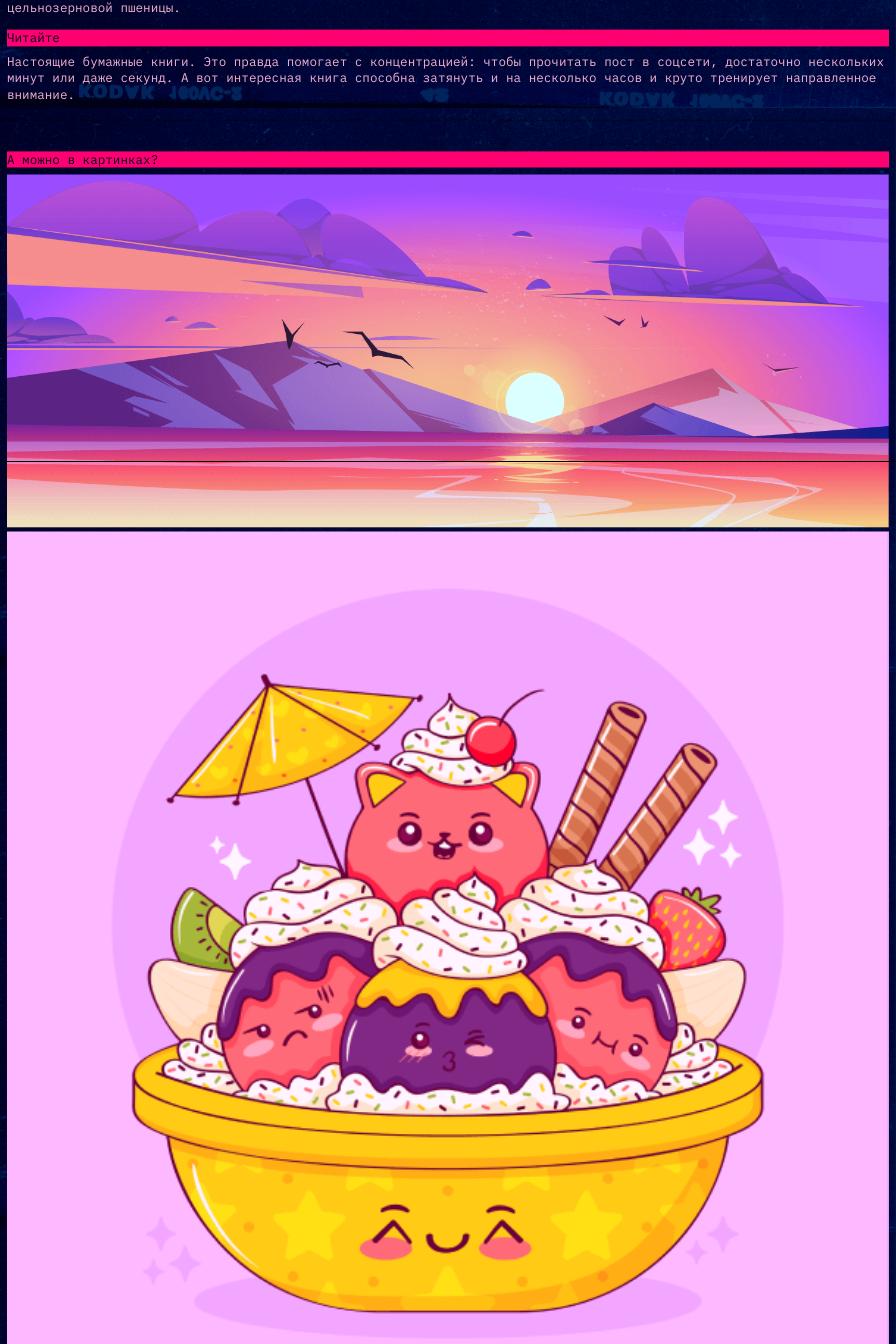
Repository: NikWolf75/slozhno-sosredotochitsya-fd
Page: index.html
The author's editor kept a copy of each file at every save. The page is drawn from the files as they stood at one save, then again after the next save.
The browser window is 1280 px wide. The pictures show the part of the page from y = 2245 to 4165 px (the page is 7978 px tall before and 3822 px after), at 70% of full size.
Backgrounds fixed to the window are drawn as part of the page.

Above is the page before, as saved 2025-02-27 11:53:03.

### index.html
<!DOCTYPE html>
<html lang="ru">
  <head>
    <meta charset="UTF-8" />
    <meta http-equiv="X-UA-Compatible" content="IE=edge" />
    <meta name="viewport" content="width=device-width, initial-scale=1.0" />
    <meta name="color-scheme" content="dark light" />
    <link rel="stylesheet" href="/fonts/fonts.css" />
    <link rel="stylesheet" href="/styles/globals.css" />
    <link rel="stylesheet" href="/styles/variables.css" />
    <link rel="stylesheet" href="/styles/style.css" />
    <link rel="stylesheet" href="/styles/dark.css" />
    <link rel="stylesheet" href="/styles/light.css" />
    <link rel="icon" href="image/favicon.ico" />
    <title>Сложно сосредоточиться</title>
    <script src="./scripts/script.js"></script>
  </head>
  <body class="page">
    <div class="rec_element" aria-hidden="true"></div>
    <header class="header decorated-zone">
      <nav class="header__theme-menu">
        <ul class="header__theme-menu-list">
          <li class="header__theme-menu-item">
            <button
              class="header__theme-menu-button header__theme-menu-button_type_light"
            >
              День
            </button>
          </li>
          <li class="header__theme-menu-item">
            <button
              class="header__theme-menu-button header__theme-menu-button_active header__theme-menu-button_type_auto"
              disabled
            >
              Авто
            </button>
          </li>
          <li class="header__theme-menu-item">
            <button
              class="header__theme-menu-button header__theme-menu-button_type_dark"
            >
              Неон
            </button>
          </li>
        </ul>
      </nav>
      <h1 class="header__title">no focus</h1>
      <div class="header__undertitle title-decor">
        <p>Что делать, когда не можешь делать ничего</p>
        <p>
          Или почему нам так сложно сконцентрироваться, особенно когда очень
          надо
        </p>
      </div>
    </header>
    <main class="content">
      <section class="content__section content__why">
        <h2 class="content__section-title"> Почему сосредоточиться так сложно
        </h2>
        <article class="content__section-text_block">
          <h3 class="content__section-text_block-undertitle title-decor">
            Многозадачность
          </h3>
          <p class="content__section-text_block-text">
            Особенно сложно сосредоточиться, когда задач много и все они —
            важные. Где же легендарная многозадачность, когда она так нужна вам
            (и всем нанимающим менеджерам этого мира)? А дело в том, что её
            просто не существует. Исследователи
            <a class="link-text" href="#0">выяснили</a>,
            что мозгу тяжело концентрироваться даже на двух делах одновременно.
            А когда в поле внимания попадает несколько важных задач, организм
            паникует и выделяет кортизол и адреналин — «гормоны стресса».
            Из-за этого мы работаем невнимательно: ошибаемся и быстро устаём.
          </p>
        </article>
        <article class="content__section-text_block">
          <h3 class="content__section-text_block-undertitle title-decor">
            Дофамин
          </h3>
          <p class="content__section-text_block-text">
            С гормонами стресса всё понятно, но дальше — ещё интереснее. В нашей
            невозможности сосредоточиться замешана и полная противоположность
            стрессу — дофамин. Это вещество участвует в системе вознаграждения
            мозга. Причём тут он? Мы часто отвлекаемся от важной задачи на
            что-то более «приятное» для мозгов. Например, смотрим лайки в
            соцсетях. В это время и выделяется дофамин — и мы чувствуем
            удовольствие. Получается замкнутый круг: чем больше отвлекаешься,
            тем больше удовольствия получаешь.
          </p>
        </article>
      </section>
      <section class="content__section content__what">
        <h2 class="content__section-title">
          Что снижает концентрацию внимания?
        </h2>
        <article class="content__section-text_block">
          <h3 class="content__section-text_block-undertitle title-decor">
            Многозадачность
          </h3>
          <p class="content__section-item-text">
            Как концентрация может снижаться из-за… концентрации? Любая
            стрессовая ситуация (и резко меняющийся мир в целом) заставляет наш
            мозг постоянно «сканировать» окружающую среду на предмет опасности.
            Например, читать новости вместо работы. Но быть собранными всё время
            — невозможно. Концентрация — мышца, и она может не выдержать, если
            не давать ей отдохнуть.
          </p>
        </article>
        <article class="content__section-text_block">
          <h3 class="content__section-text_block-undertitle title-decor">
            Еда
          </h3>
          <p class="content__section-text_block-text">
            «Быстрые углеводы» — сахар, белый хлеб, сладости — молниеносно
            доставляют в мозг энергию и помогают ему лучше работать. Но уходит
            эта энергия также быстро, как и приходит. А мы в результате попадаем
            на «углеводные качели»: как только действие «быстрых углеводов»
            заканчивается, мы чувствуем усталость и сонливость. И хотим ещё
            больше быстрых углеводов.
          </p>
        </article>
        <article class="content__section-text_block">
          <h3 class="content__section-text_block-undertitle title-decor">
            Гаджеты
          </h3>
          <p class="content__section-text_block-text">
            Да-да, это та самая ситуация, когда на экране ноутбука — код, в
            наушниках — подкаст, а на компьютере фоном — ещё и видео с забавными
            утятами. В результате мозг пытается переключиться с одной задачи на
            другую — и просто не может. А чтобы вернуться к состоянию полной
            концентрации, человеку в среднем нужно 20 минут. Вот и получается,
            что чем больше времени мы проводим в гаджетах, тем больше времени
            затем нужно, чтобы вернуться к работе.
          </p>
        </article>
      </section>
      <section class="content__section content_how">
        <h2 class="content__section-title">
          Как концентрироваться лучше, чем золотая рыбка (то есть дольше трёх
          секунд)
        </h2>
        <article class="content__section-text_block">
          <h3
            class="content__section-text_block-undertitle tips-undertitle title-decor"
          >
            5 простых (на самом деле не очень) советов
          </h3>
          <h4 class="content__section-text_block-undertitle title-decor">
            Представьте небо и облака
          </h4>
          <p class="content__section-text_block-text">
            Или листья в ручье. Тут дело в лёгкой медитации, которая помогает
            успокоиться. Ведь часто именно тревожные мысли о сложных задачах как
            раз и мешают эти сложные задачи делать. В такие моменты можно
            закрыть глаза и представить, что чистое небо — это вы, а облака —
            тревожные мысли. И сколько бы их ни было — ясное небо всегда будет
            где-то там, за тучами, и никуда не денется. Это упражнение поможет
            вернуться в настоящий момент, а не волноваться о потенциальных
            проблемах из будущего.
          </p>
        </article>
        <article class="content__section-text_block">
          <h4 class="content__section-text_block-undertitle title-decor">
            Включите музыку
          </h4>
          <p class="content__section-text_block-text">
            Но не любую, и не любимую. Любимая может быть связана с сильными
            положительными эмоциями, которые тоже очень сильно отвлекают.
            Подойдёт тихая, спокойная, умеренно-ритмичная. Можно вообще
            попробовать включить плейлист с «белым шумом» или нейромузыкой.
          </p>
        </article>
        <article class="content__section-text_block">
          <h4 class="content__section-text_block-undertitle title-decor">
            Прогуляйтесь
          </h4>
          <p class="content__section-text_block-text">
            Или даже пробегитесь. Лучше найти парк или лес: один эксперимент
            <a class="link-text" href="#0">показал</a>, что созерцание природы повышает концентрацию, в то время
            как после просмотра городских пейзажей она наоборот понижается.
            Можно совместить прогулку с физическими упражнениями или бегом — так
            в мозг поступит ещё больше кислорода и он будет лучше работать. Но и
            простая двадцатиминутная прогулка — тоже отличный вариант.
          </p>
        </article>
        <article class="content__section-text_block">
          <h4 class="content__section-text_block-undertitle title-decor">
            Хорошо ешьте
          </h4>
          <p class="content__section-text_block-text">
            Мы — не ваша бабушка, но это правда важно. Выбирайте продукты,
            которые препятствуют резким скачкам сахара в крови. Например, с
            высоким содержанием клетчатки: овощи, ягоды, бобовые (нут, чечевица,
            фасоль), коричневый рис, хлеб из цельнозерновой пшеницы.
          </p>
        </article>
        <article class="content__section-text_block">
          <h4 class="content__section-text_block-undertitle title-decor">
            Читайте
          </h4>
          <p class="content__section-text_block-text">
            Настоящие бумажные книги. Это правда помогает с концентрацией: чтобы
            прочитать пост в соцсети, достаточно нескольких минут или даже
            секунд. А вот интересная книга способна затянуть и на несколько
            часов и круто тренирует направленное внимание.
          </p>
        </article>
      </section>
      <section class="content__section content__gallery">
        <h2 class="content__section-text_block-undertitle title-decor">
          А можно в картинках?
        </h2>
        <div class="content_section-images_gallery">
          <img
            class="content__section-image"
            src="./images/sunset.png"
            alt="Вид острова на закате"
            loading="lazy"
          />
          <img
            class="content__section-image"
            src="./images/ice-cream.png"
            alt="Чаша с мороженным"
            loading="lazy"
          />
          <img
            class="content__section-image"
            src="./images/tape.png"
            alt="Кассета"
            loading="lazy"
          />
          <img
            class="content__section-image"
            src="./images/books.png"
            alt="Стопка книг"
            loading="lazy"
          />
          <img
            class="content__section-image"
            src="./images/street.png"
            alt="Улица"
            loading="lazy"
          />
        </div>
      </section>
    </main>
    <footer class="footer decorated-zone">
      <h2 class="footer__title">focus</h2>
    </footer>
  </body>
</html>

### styles/variables.css
:root {
  --title-color: #ff0070;
  --main-font: 'IBM Plex mono';
  --main-font-size: 18px;
  --title-font-weight: 700;
  --text-font-weight: 400;
  --main-padding-small: 10px;
}

### styles/style.css
.page {
  font-family: var(--main-font, 'IBM Plex mono');
  font-size: var(--main-font-size, 18px);
  block-size: min-content;
  position: relative;
  font-weight: 400;
  background-color: var(--main-background-color, #000028 );
  background-image: var(--main-background-image, url("../images/cover-image-dark.png"));
  background-repeat: no-repeat;
  background-attachment: fixed;
  background-position: center;
  background-size: cover;
  line-height: 1.3em;
  color: var(--main-font-color, #F1B2CE);
 }

.decorated-zone {
  position: relative;
}

.decorated-zone::after,
.decorated-zone::before {
  position: absolute;
  inline-size: 25px;
  block-size: 25px;
  content: "";
  border: 1px solid var(--corner-color);
}

.decorated-zone::after {
  bottom: 10px;
  left: 10px;
  border-bottom: 1px solid var(--rectangle-color, #ff0070);
  border-left: 1px solid var(--rectangle-color, #ff0070);
}

.decorated-zone::before {
  top: 10px;
  right: 10px;
  border-top: 1px solid var(--rectangle-color, #ff0070);
  border-right: 1px solid var(--rectangle-color, #ff0070);
}

.rec_element {
  position: absolute;
  display: flex;
  align-items: center;
  justify-content: center;
  top: 10px;
  right: 20px;
  color: var(--rec-theme-color, #ff0070);
  gap: 10px;
}

.rec_element:before {
  content: "REC";
}

.rec_element:after {
  display: block;
  content: "";
  border-radius: 50%;
  background: var(--accent-color, #ff0070);
  width: 10px;
  height: 10px;
  box-shadow: 0 0 4px 2px var(--accent-color, #ff0070)
}

.header {
  display: grid;
  grid-template-columns: 1fr;
  grid-template-rows: 1fr min-content 1fr;
  align-items: center;
  position: relative;
  block-size: min(668px, 100vh);
  padding: var(--main-padding-small, 10px);
  margin-block-end: 40px;
 }

.header__theme-menu-list {
  display: flex;
  flex-direction: column;
  align-items: end;
  block-size: 100%;
  row-gap: 10px;
}

.header__theme-menu-button {
  text-align: center;
  background: transparent;
  color: var(--button-text-color);
  border: none;
  text-transform: lowercase;
  padding-right: 13px;
  padding-left: 13px;
}

.header__theme-menu-bitton:hover {
  outline: 1px solid var(--button-outline-color)
}

.header__theme-menu-button_active {
  outline: 1px solid var(--button-theme-color, #ff0070);
}

.header__theme-menu-button:focus {
  outline: none;
  text-decoration: underline;
}

.header__title {
  font-size: clamp(7.25rem, 7.0115rem + 1.0178vw, 7.5rem);
  line-height: 83%;
  color: var(--accent-color-title, #db00ff);
  text-shadow: 4px 4px 0 var(--accent-color, #ff0070);
  cursor: default;
}

.header__undertitle {
  font-size: var(--main-font), monospace;
  font-weight: var(--title-font-weight, 700);
  border-bottom: none;
  border-left: none;
}

.title-decor {
  color: var(--undertitle-color, #000028);
  background-color: var(--title-color, #ff0070);
}

.content {
  display: grid;
  padding: 0 var(--main-padding-small, 10px);
  grid-template-columns: 1fr;
  gap: 50px;
}

.content__section {
  display: grid;
  grid-template-columns: 1fr;
  row-gap: 20px;
}

.content__section-title {
  justify-self: start;
  color: var(--title-color, #ff0070);
}

.content__section-text_block-undertitle,
.content__section-title {
  font-size: var(--main-font-size, 18px);
  font-weight: var(--title-font-weight, 700);
}

.content__section-text_block-undertitle {
  margin-block-end: 10px;
  height: min-content;
}

.content__section-text_block-text {
  font-weight: var(--text-font-weight, 400);
}

.link-text {
  text-decoration: none;
  text-shadow: 2px 1px var(--accent-color, #ff0070);
}

.link-text:hover {
  cursor: pointer;
  border-block-end: 1px solid currentColor;
}

.link-text:focus-visible {
  border: 1px solid currentColor;
}

.content_how,
.tips-undertitle {
  font-weight: var(--title-font-weight, 400);
  margin-block-end: 20px;
}

.content__how,
.content__section-text_block-undertitle {
  font-weight: 400;
}

.content__gallery {
  display: block;
  gap: 0;
  margin: 0;
}

.content__section-images_gallery {
  display: grid;
  grid-template-columns: repeat(auto-fill, minmax(355px, 1fr));
  grid-template-rows: 100px 355px 100px;
  gap: 10px;
  inline-size: 100%;
}

.content__section-image {
  inline-size: 100%;
  object-fit: cover;
  block-size: 100%;
}

.footer {
  position: relative;
  display: grid;
  block-size: 100vh;
  min-block-size: 668px;
  grid-template-columns: 1fr;
  margin-block-start: 32px;
}

.footer__title {
  font-size: var(--title-font-size-small, clamp(7.25rem, 7.0115rem + 1.0178vw, 7.5rem));
  font-weight: var(--title-font-weight, 700);
  line-height: 95.7%;
  align-self: center;
  cursor: default;
  color: var(--accent-color-title, #db00ff);
  text-shadow: 2px 2px 0 var(--accent-color, #ff0070);
  justify-self: center;

}

### scripts/script.js
(function initTheme() {
  const theme = localStorage.getItem('theme');
  if (theme) {
    setTheme(theme);
  }
})();

document.addEventListener('DOMContentLoaded', () => {
  const currentTheme = [...document.documentElement.classList]
    .find((cn) => cn.startsWith('theme-'))
    ?.replace('theme-', '');
  const themeButtons = [
    ...document.querySelectorAll('.header__theme-menu-button'),
  ];
  setActiveButton(themeButtons, currentTheme);

  themeButtons.forEach((button) => {
    button.addEventListener('click', () => {
      const chosenTheme = [...button.classList]
        .find((cn) => cn.includes('_type_'))
        .split('_type_')[1];
      setTheme(chosenTheme);
      setActiveButton(themeButtons, chosenTheme);
    });
  });
});

function setTheme(theme) {
  document.documentElement.className = '';
  document.documentElement.classList.add(`theme-${theme}`);
  localStorage.setItem('theme', theme);
}

function setActiveButton(buttonsArray, theme) {
  buttonsArray.forEach((button) => {
    button.classList.remove('header__theme-menu-button_active');
    button.removeAttribute('disabled');
  });
  const target = buttonsArray.find((button) =>
    button.classList.contains(`header__theme-menu-button_type_${theme}`)
  );
  if (target) {
    target.classList.add('header__theme-menu-button_active');
    target.setAttribute('disabled', true);
  } else {
    const autoButton = document.querySelector(
      '.header__theme-menu-button_type_auto'
    );
    autoButton.classList.add('header__theme-menu-button_active');
    autoButton.setAttribute('disabled', true);
  }
}

Loaded but not shown: fonts/fonts.css (common file); styles/globals.css (common file); styles/dark.css (common file); styles/light.css (common file)

After the next save:
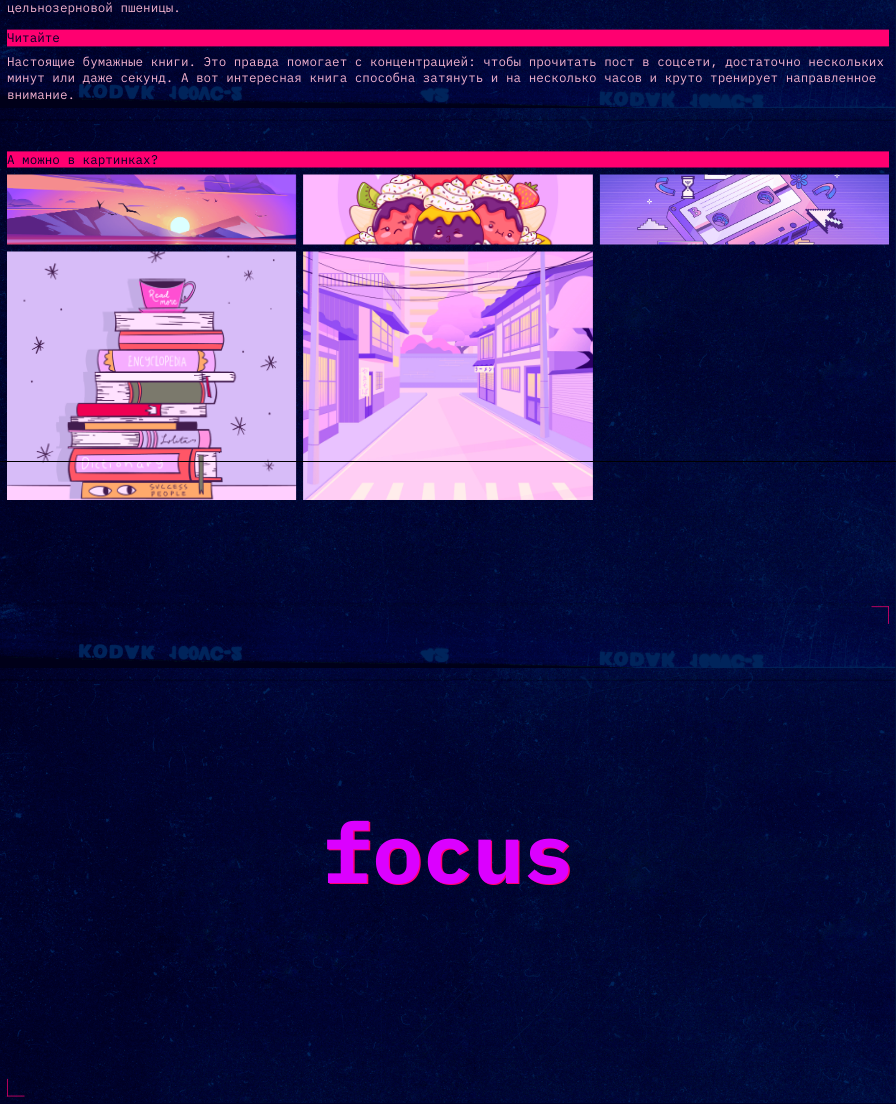
Saved 34 s later.
--- a/index.html
+++ b/index.html
@@ -210,7 +210,7 @@
         <h2 class="content__section-text_block-undertitle title-decor">
           А можно в картинках?
         </h2>
-        <div class="content_section-images_gallery">
+        <div class="content__section-images_gallery">
           <img
             class="content__section-image"
             src="./images/sunset.png"
